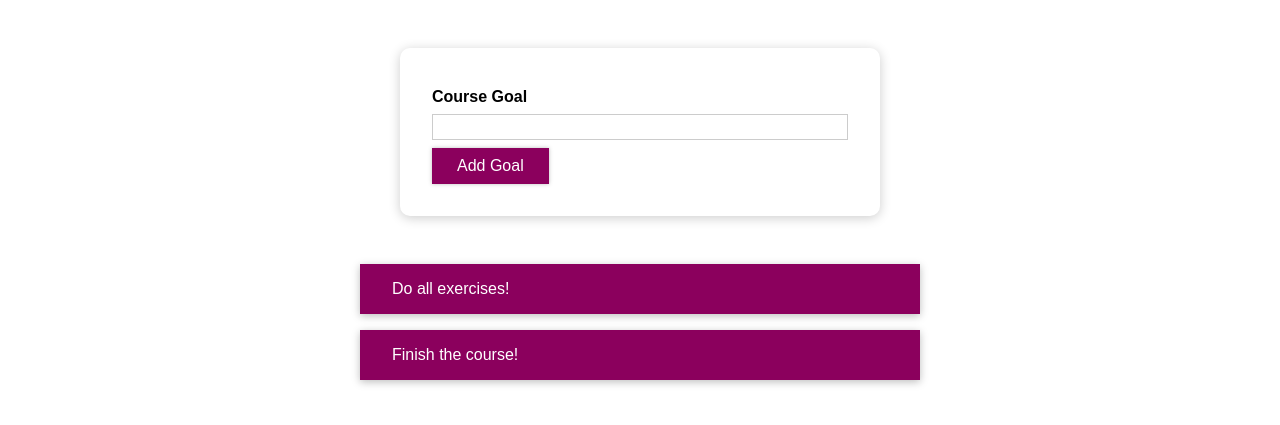
Repository: NamalPathirana/01-starting-project
Page: /
The author's editor kept a copy of each file at every save. The page is drawn from the files as they stood at one save, then again after the next save.
The browser window is 1280 px wide. The pictures show the whole page.
The project was rebuilt for these pictures with package versions that can differ from the ones it lists, and the page was loaded fresh each time.

Above is the page before, as saved 2021-11-25 00:18:37.

After the next save:
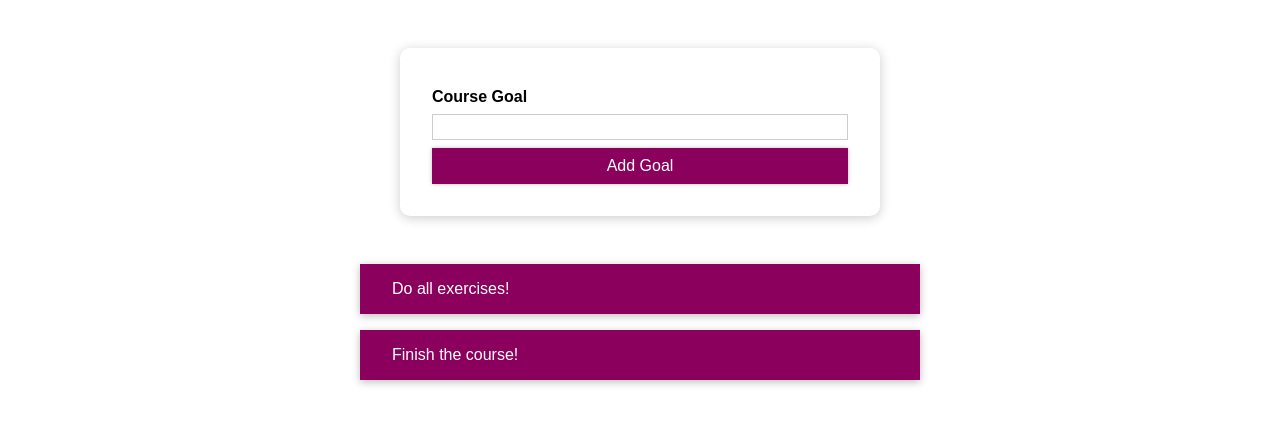
Saved 21 s later.
--- a/src/components/UI/Button/Button.module.css
+++ b/src/components/UI/Button/Button.module.css
@@ -6,9 +6,10 @@
   background: #8b005d;
   box-shadow: 0 0 4px rgba(0, 0, 0, 0.26);
   cursor: pointer;
+  width: 100%;
 
   @media (min-width:750){
-
+    width:auto;
   }
 }
 

After the save that followed:
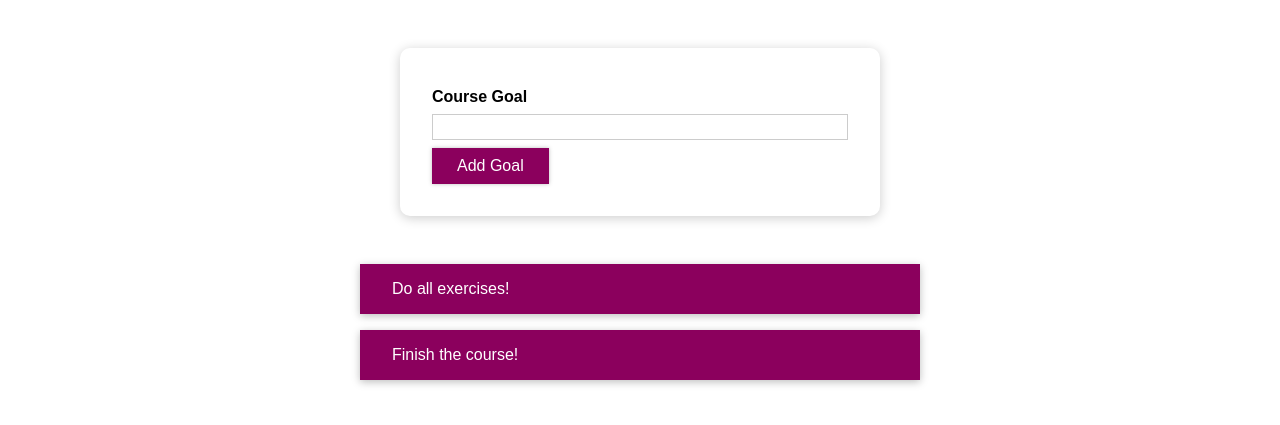
Saved 18 s later.
--- a/src/components/UI/Button/Button.module.css
+++ b/src/components/UI/Button/Button.module.css
@@ -6,7 +6,7 @@
   background: #8b005d;
   box-shadow: 0 0 4px rgba(0, 0, 0, 0.26);
   cursor: pointer;
-  width: 100%;
+  width: auto;
 
   @media (min-width:750){
     width:auto;
